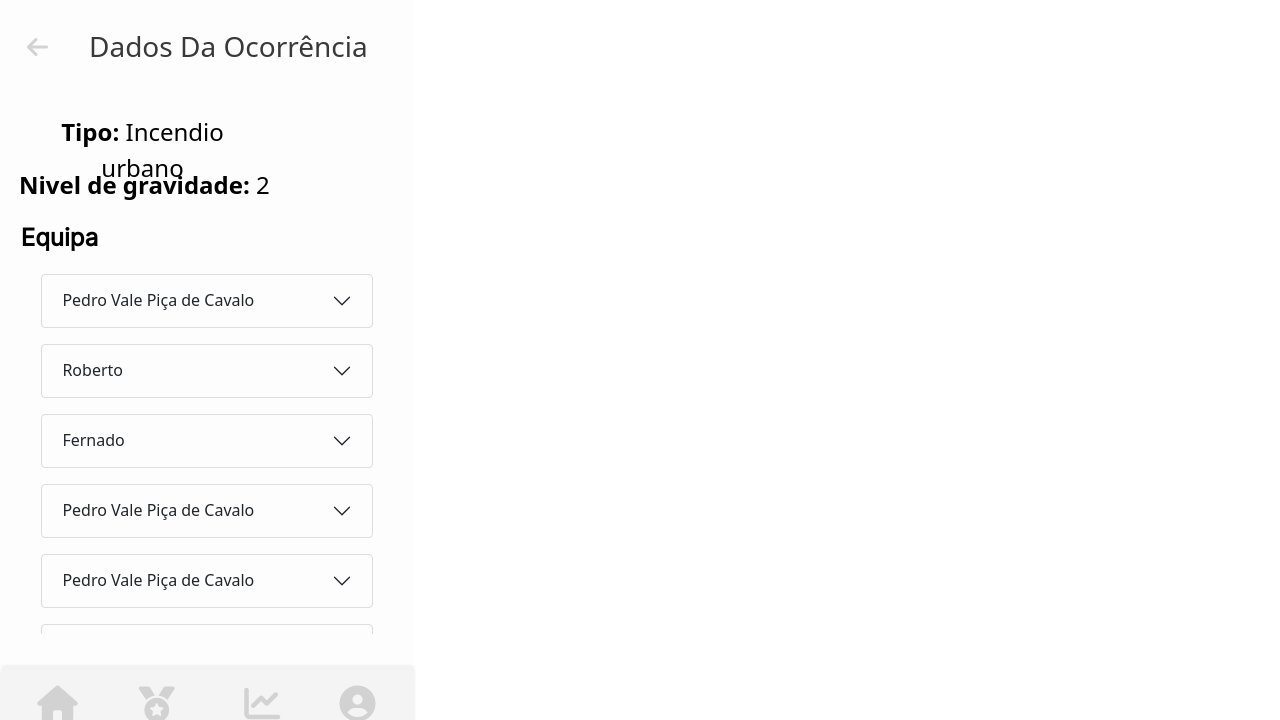
Repository: grupodetrabalhoeficiente/D213
Page: D213/Frontend/OcorrenciaDados.html
The author's editor kept a record of every edit. The page is drawn from the files as they stood at one moment, then again after the next edit.
The browser window is 1280 px wide. The pictures show the whole page.
The page's requests for data from a server got no answer. Some web libraries are served in a nearby version.

Above is the page before.

After the next edit:
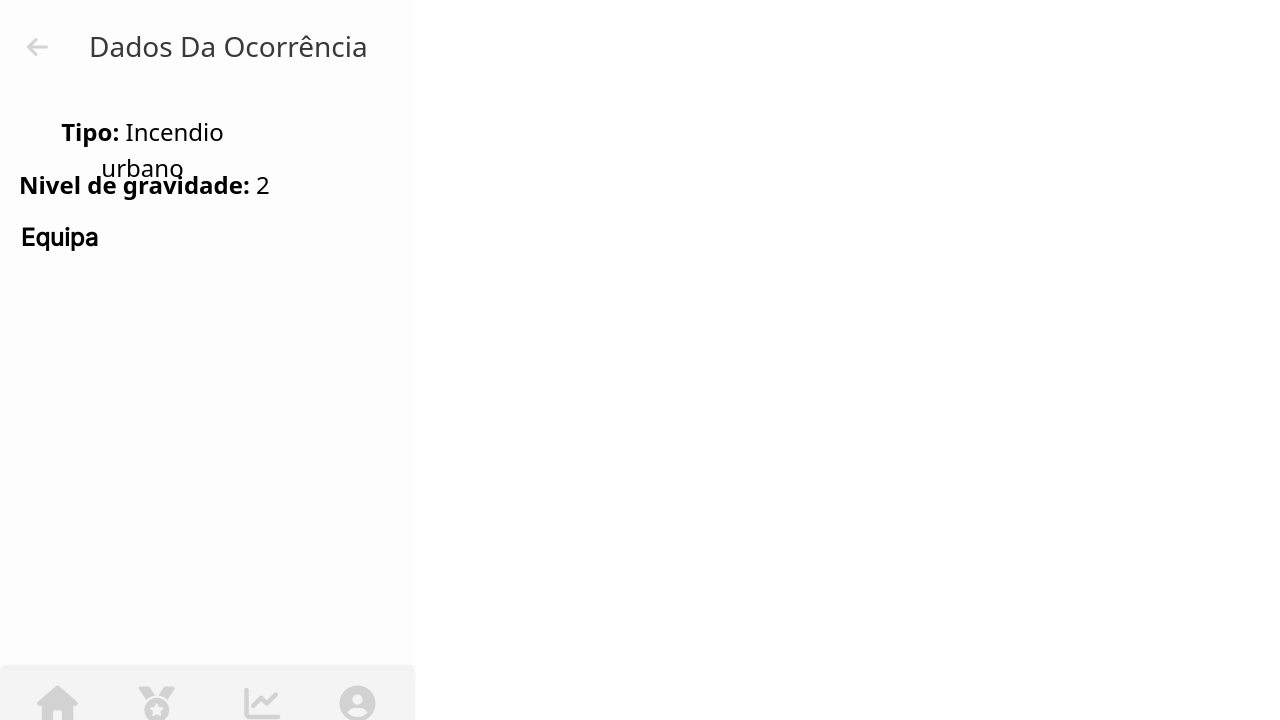
The edit:
--- a/D213/Frontend/OcorrenciaDados.html
+++ b/D213/Frontend/OcorrenciaDados.html
@@ -23,7 +23,7 @@
         <span id="TagEquipa"><strong>Equipa</strong></span>
         <!--equipa-->
         <div class="divTeam">
-            <div class="accordion" id="accordionSection">
+          <!--  <div class="accordion" id="accordionSection">
                 <div class="accordion-item mb-3">
                     <h2><button type="button" class="accordion-button collapsed" data-bs-toggle="collapse" data-bs-target="#collapse1">Pedro Vale Piça de Cavalo</button></h2>
                     <div class="accordion-collapse collapse" id="collapse1" data-bs-parent="#accordionSection">
